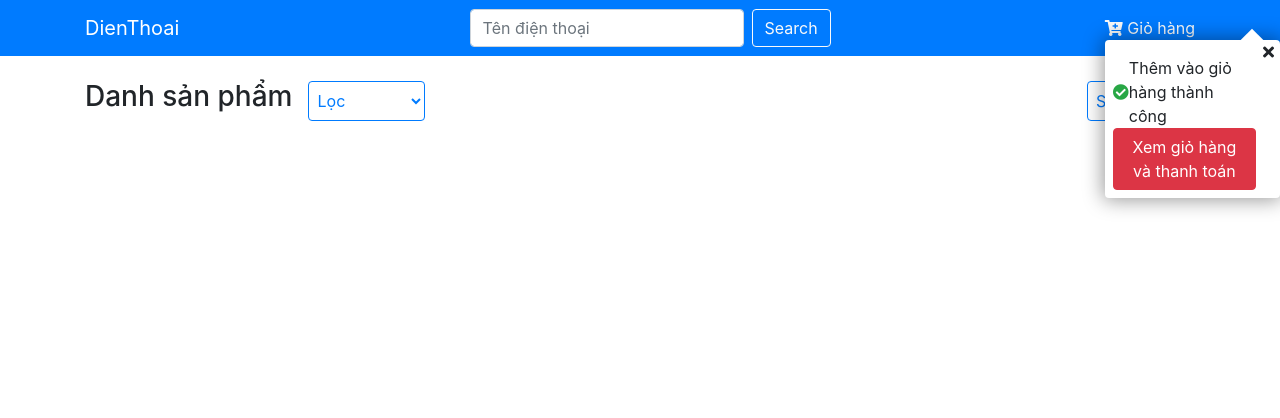
Repository: dovanthao2404/BC14_Bai_Tap_Ban_Dien_Thoai_dovanthao
Page: app/views/index.html
These files come from the project's save history. The page is drawn as it stood at one moment and after the next save; the edit follows.
The browser window is 1280 px wide. The pictures show the whole page.
Some web libraries are served in a nearby version. The style sheet was rebuilt from its Sass, Less or Tailwind sources for each picture, by a compiler version that may differ from the author's.

Above is the page before, as saved 2021-08-14 16:28:43.
Console error (its wording comes from the project's code and is left out).

### app/views/index.html
<!DOCTYPE html>
<html lang="en">

<head>
  <meta charset="UTF-8">
  <meta http-equiv="X-UA-Compatible" content="IE=edge">
  <meta name="viewport" content="width=device-width, initial-scale=1.0">
  <title>Dien Thoai Xin</title>




  <!-- FONT AWESOME -->
  <link rel="stylesheet" href="https://cdnjs.cloudflare.com/ajax/libs/font-awesome/5.15.4/css/all.min.css"
    integrity="sha512-1ycn6IcaQQ40/MKBW2W4Rhis/DbILU74C1vSrLJxCq57o941Ym01SwNsOMqvEBFlcgUa6xLiPY/NS5R+E6ztJQ=="
    crossorigin="anonymous" referrerpolicy="no-referrer" />

  <!-- GOOGLE FONTS -->

  <link rel="preconnect" href="https://fonts.googleapis.com">
  <link rel="preconnect" href="https://fonts.gstatic.com" crossorigin>
  <link
    href="https://fonts.googleapis.com/css2?family=Roboto:ital,wght@0,300;0,400;0,700;1,300;1,400;1,700&display=swap"
    rel="stylesheet">

  <!-- B4 -->
  <link rel="stylesheet" href="https://cdn.jsdelivr.net/npm/bootstrap@4.6.0/dist/css/bootstrap.min.css"
    integrity="sha384-B0vP5xmATw1+K9KRQjQERJvTumQW0nPEzvF6L/Z6nronJ3oUOFUFpCjEUQouq2+l" crossorigin="anonymous">

  <!-- MAIN CSS -->
  <link rel="stylesheet" href="../../assets/css/main.css">
</head>

<body>
  <header class="fixed-top">
    <nav class="navbar navbar-dark bg-primary">
      <div class="container">

        <a href="#" class="navbar-brand">
          DienThoai
        </a>
        <form class="form-inline my-2 my-lg-0">
          <input id="valueSearch" class="form-control mr-sm-2" type="search" placeholder="Tên điện thoại"
            aria-label="Search">
          <button id="btnSearch" class="btn btn-outline-light my-2 my-sm-0" type="button">Search</button>
        </form>
        <div class="phone-cart">
          <a href="cart.html" class="text-light">
            <i class="fa fa-cart-plus"></i> Giỏ hàng
          </a>

          <div class="notifiSuccess pb-2 pt-3 pl-2 pr-4 bg-white rounded">
            <i class="fa fa-times icon-close"></i>
            <div class="d-flex align-items-center">
              <i class="fa fa-check-circle text-success"></i>
              <p class="m-0">Thêm vào giỏ hàng thành công</p>
            </div>
            <a href="cart.html" class="btn btn-danger w-100 d-block">Xem giỏ hàng và thanh toán</a>
          </div>
        </div>
      </div>
    </nav>

  </header>

  <section class="phone-product">
    <div class="container">
      <div id="listAll-type">
        <div class="phone-title">
          <div class="d-flex justify-content-between align-items-center my-3">
            <div class="d-flex align-items-center">
              <h3 class="mr-3">
                Danh sản phẩm
              </h3>
              <div>
                <select class="phone-select" name="" id="phoneType">
                  <option value="">Lọc</option>
                  <option value="Samsung">Samsung</option>
                  <option value="Iphone">Iphone</option>
                </select>

              </div>
            </div>
            <div class="sort-name">
              <select class="phone-select" name="" id="sortPhone">
                <option value="">Sắp xếp</option>
                <option value="a">A - Z</option>
                <option value="z">Z - A</option>
              </select>
            </div>
          </div>
        </div>
        <div class="phone-list">
          <div class="row" id="listPhoneView">

          </div>
        </div>
      </div>
    </div>
    </div>
  </section>


  <!-- B4 -->
  <script src="https://code.jquery.com/jquery-3.5.1.slim.min.js"
    integrity="sha384-DfXdz2htPH0lsSSs5nCTpuj/zy4C+OGpamoFVy38MVBnE+IbbVYUew+OrCXaRkfj"
    crossorigin="anonymous"></script>
  <script src="https://cdn.jsdelivr.net/npm/bootstrap@4.6.0/dist/js/bootstrap.bundle.min.js"
    integrity="sha384-Piv4xVNRyMGpqkS2by6br4gNJ7DXjqk09RmUpJ8jgGtD7zP9yug3goQfGII0yAns"
    crossorigin="anonymous"></script>


  <!-- AXIOS -->
  <script src="https://cdnjs.cloudflare.com/ajax/libs/axios/0.21.1/axios.min.js"
    integrity="sha512-bZS47S7sPOxkjU/4Bt0zrhEtWx0y0CRkhEp8IckzK+ltifIIE9EMIMTuT/mEzoIMewUINruDBIR/jJnbguonqQ=="
    crossorigin="anonymous" referrerpolicy="no-referrer"></script>

  <script type="module" src="./../controllers/main.js"></script>
</body>

</html>

### app/controllers/main.js
import Phone from "./../models/Phone.js"
import ListPhone from "./../models/ListPhone.js"


var listProductInCart = JSON.parse(localStorage.getItem("listProductInCart")) || [];



let getEle = (id) => {
  return document.getElementById(id)
}

let listPhone = new ListPhone();


let renderView = (arr) => {
  let html = ""
  arr.forEach((phone) => {
    html += `
    <div class="col-3 mb-3">
    <div class="card overflow-hidden h-100">
      <img
        src="${phone.img}"
        alt="" class="card-img-top">
      <div class="card-body">
        <h4 class=card-title>
        ${phone.name}
        </h4>
        <p class="card-text">${phone.desc}</p>
        </div>
        <div class="card-footer">
        <a data-action="add"  data-phone=${phone.id} class="btn btn-primary w-100">Cart</a>
        </div>
    </div>
  </div>
    `
  })
  getEle("listPhoneView").innerHTML = html

}

let fetchData = () => {
  listPhone
    .getListPhoneApi()
    .then((resp) => {
      renderView(resp.data)
    })
    .catch((err) => {
      console.log(err)
    })
}

fetchData()

let filterType = (phoneType, type) => {
  return listPhone
    .getListPhoneApi()
    .then((resp) => {
      let data = resp.data;
      data.forEach((phone) => {
        if (phone.type === type) {
          phoneType.push(phone);
        }
      })
      renderView(phoneType)
      return phoneType;
    })
    .catch((err) => {
      console.log(err)
    })
}

let sortPhone = (arr, valueSort) => {
  for (let i = 0; i < arr.length; i++) {
    for (let j = i; j < arr.length; j++) {
      if (valueSort === 1) {
        if (arr[i].name < arr[j].name) {
          let temp = arr[i];
          arr[i] = arr[j]
          arr[j] = temp;
        }
      } else {
        if (arr[i].name > arr[j].name) {
          let temp = arr[i];
          arr[i] = arr[j]
          arr[j] = temp;
        }
      }
    }
  }
  renderView(arr)
}


let delegationSelect = () => {
  let phoneType = [];
  let type = getEle("phoneType").value;
  let dataSort = getEle("sortPhone").value;

  if (type && dataSort) {

    if (dataSort === "a") {
      filterType(phoneType, type)
        .then((phoneType) => {
          sortPhone(phoneType, 1);
        })
    } else {
      filterType(phoneType, type)
        .then((phoneType) => {
          sortPhone(phoneType, 0);
        })
    }

  } else if (type && !dataSort) {

    filterType(phoneType, type);

  } else if (!type && dataSort) {

    if (dataSort === "a") {
      listPhone.getListPhoneApi()
        .then((resp) => {
          sortPhone(resp.data, 1);
        })
        .catch((err) => {
          console.log(err);
        })
    } else {
      listPhone.getListPhoneApi()
        .then((resp) => {
          sortPhone(resp.data, 0);
        })
        .catch((err) => {
          console.log(err);
        })
    }

  } else {
    fetchData()
  }
}

getEle("phoneType").addEventListener("change", delegationSelect)
getEle("sortPhone").addEventListener("change", delegationSelect)

const handleSearch = () => {
  let nameSort = getEle("valueSearch").value;
  nameSort = nameSort.toLowerCase().trim();
  listPhone.getListPhoneApi()
    .then((resp) => {
      let listPhone = resp.data;
      let listPhoneSearch = listPhone.filter((phone) => {
        return phone.name.toLowerCase().includes(nameSort);
      })
      renderView(listPhoneSearch);
    })
    .catch((err) => {
      console.log(err)
    })

}

getEle("btnSearch").addEventListener("click", handleSearch);




const delegationListPhoneView = (e) => {
  if (e.target.getAttribute("data-action") === "add") {
    let id = e.target.getAttribute("data-phone");

    listPhone.getPhoneById(id)
      .then((resp) => {
        let count = 0;
        for (let i = 0; i < listProductInCart.length; i++) {

          if (listProductInCart[i].id === id) {
            listProductInCart[i].quantity += 1;
            localStorage.setItem("listProductInCart", JSON.stringify(listProductInCart));
            count++;
          }

        }

        if (count === 0) {
          let phone = { ...resp.data }
          phone.quantity = 1;
          listProductInCart.push(phone);
          localStorage.setItem("listProductInCart", JSON.stringify(listProductInCart));

        }
      })
      .catch((err) => {
        console.log(err)
      })


  }
}


getEle("listPhoneView").addEventListener("click", delegationListPhoneView)

### app/models/Phone.js
class Phone {
  constructor({
    name,
    price,
    screen,
    backCamera,
    frontCamera,
    img,
    desc,
    type
  },) {
    this.name = name;
    this.price = price;
    this.screen = screen;
    this.backCamera = backCamera;
    this.frontCamera = frontCamera;
    this.img = img;
    this.desc = desc;
    this.type = type;
  }

}

### app/models/ListPhone.js
export default class ListPhone {
  getListPhoneApi() {
    return axios({
      url: "https://6113ecdacba40600170c1d10.mockapi.io/api/phone",
      method: "GET",
    });
  }

  getPhoneById(id) {
    return axios({
      url: `https://6113ecdacba40600170c1d10.mockapi.io/api/phone/${id}`,
      method: "GET",
    });
  }

}

//  MỚi ăn xong

### assets/scss/main.scss
.phone-product {
  margin-top: 80px;
}
.phone-select {
  padding: 8px 20px 8px 4px;
  border-color: #007bff;
  color: #007bff;
  border-radius: 4px;
  background: transparent;
  outline: none;
  cursor: pointer;
  transition: all 0.5s;
  &:hover {
    background-color: #007bff;
    color: white;
  }
  option {
    display: block;
    background-color: white;
    color: #000;
  }
}
.phone-cart {
  // position: relative;
}
.notifiSuccess {
  position: absolute;
  box-shadow: 0 0 20px 2px rgba(0, 0, 0, 0.4);
  &:before {
    content: "";
    position: absolute;
    display: block;
    width: 16px;
    height: 16px;
    background-color: #fff;
    transform: rotate(45deg);
    top: -8px;
    right: 20px;
  }

  .icon-close {
    position: absolute;
    right: 6px;
    top: 4px;
    cursor: pointer;
  }
}

After the next save:
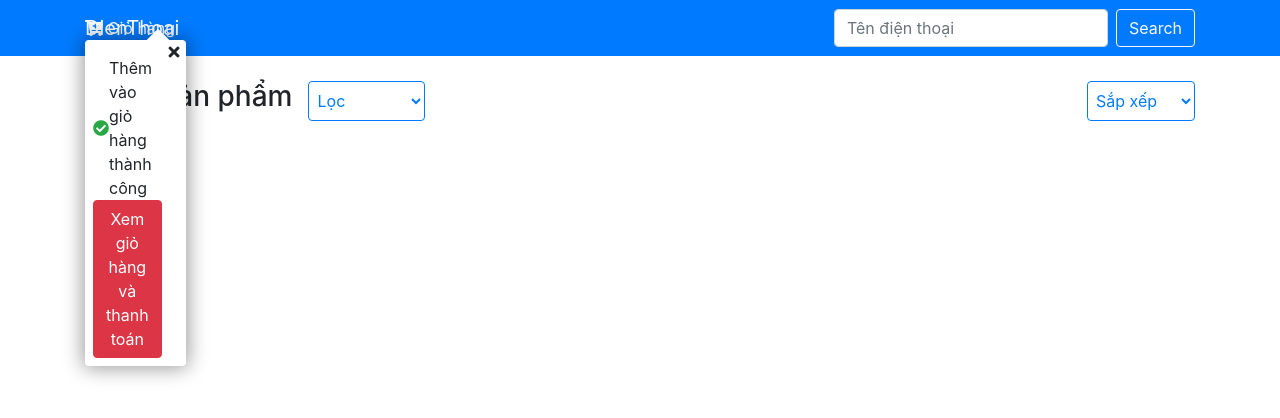
Saved 30 s later.
--- a/app/views/index.html
+++ b/app/views/index.html
@@ -44,7 +44,7 @@
             aria-label="Search">
           <button id="btnSearch" class="btn btn-outline-light my-2 my-sm-0" type="button">Search</button>
         </form>
-        <div class="phone-cart">
+        <div class="phone-cart position-absolute">
           <a href="cart.html" class="text-light">
             <i class="fa fa-cart-plus"></i> Giỏ hàng
           </a>
